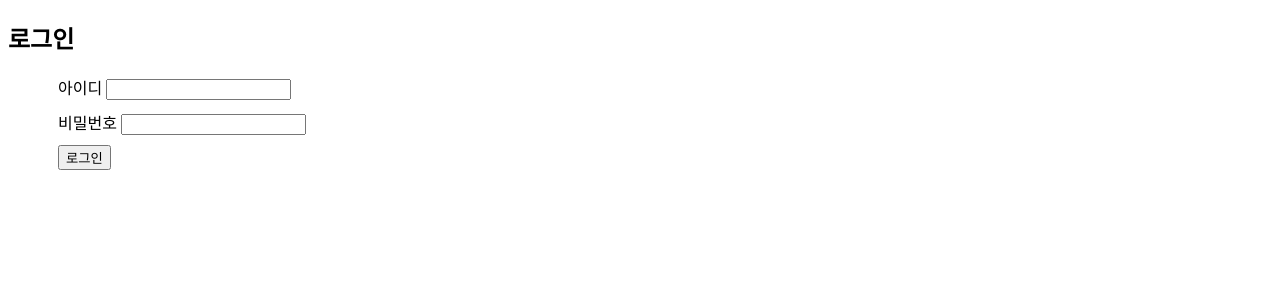
Repository: kiyongee2/space_jspworks
Page: http://localhost/jweb01/session2/loginForm.jsp
The author's editor kept a copy of each file at every save. The page is drawn from the files as they stood at one save, then again after the next save.
The browser window is 1280 px wide. The pictures show the whole page.
The page is served by Tomcat 10.

Above is the page before, as saved 2025-10-14 01:56:51.

After the next save:
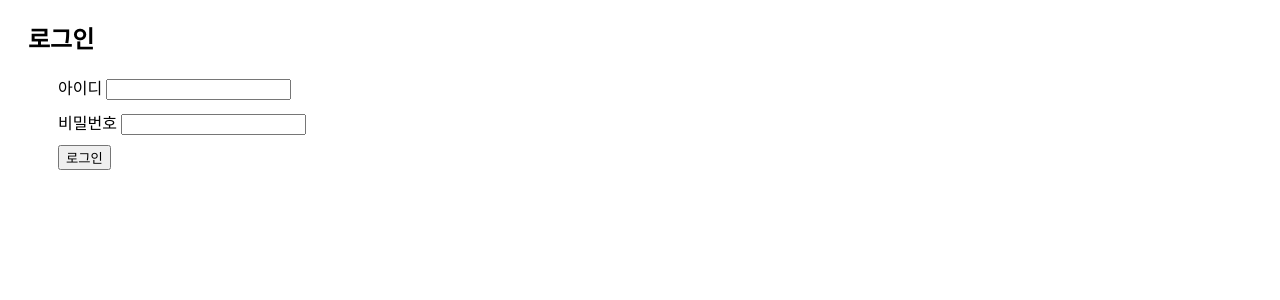
Saved 21 s later.
--- a/jweb01/src/main/webapp/session2/loginForm.jsp
+++ b/jweb01/src/main/webapp/session2/loginForm.jsp
@@ -6,6 +6,7 @@
 <meta charset="UTF-8">
 <title>useBean - 로그인</title>
 <style>
+  h2{margin-left: 20px;}
   ul li{
   	list-style: none;
   	margin: 10px;
